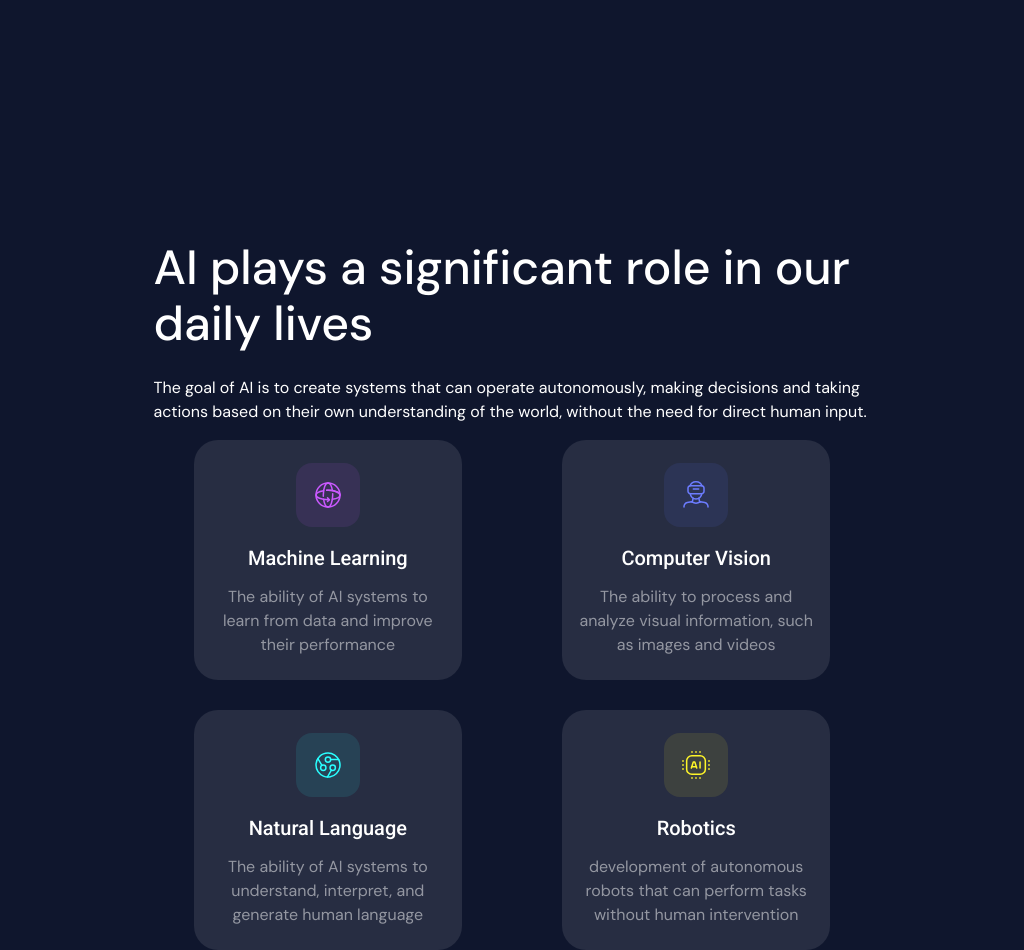
Repository: alphatra/INVO-Academy
Page: / (app in [lvl 1] Sekcja 4 obszarów AI/Starter-code/)
The author's editor kept a copy of each file at every save. The page is drawn from the files as they stood at one save, then again after the next save.
The browser window is 1024 px wide. The pictures show the whole page.
The project was rebuilt for these pictures with package versions that can differ from the ones it lists, and the page was loaded fresh each time.

Above is the page before, as saved 2023-02-24 12:54:16.
Console error: TypeError: Cannot read properties of null (reading 'addEventListener')

After the next save:
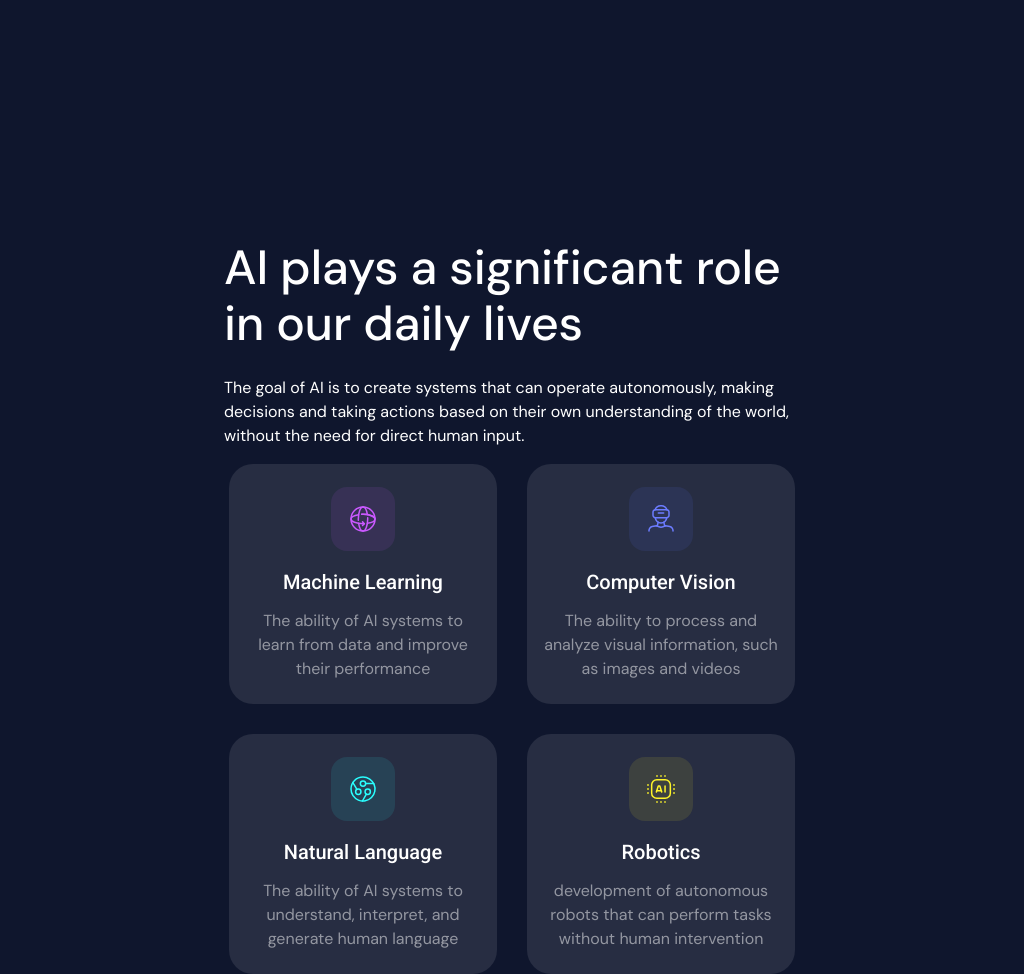
Saved 99 s later.
--- a/[lvl 1] Sekcja 4 obszarów AI/Starter-code/src/pages/home-page/styles/home-page.scss
+++ b/[lvl 1] Sekcja 4 obszarów AI/Starter-code/src/pages/home-page/styles/home-page.scss
@@ -89,12 +89,12 @@
         }
 
         .header {
-            margin-left: 15%;
-            margin-right: 15%;
+            margin-left: 14em;
+            margin-right: 14em;
         }
         .categories {
-            margin-left: 15%;
-            margin-right: 15%;
+            margin-left: 14em;
+        margin-right: 14em;
         grid-template-columns: repeat(2, 1fr);
         grid-template-rows: repeat(2, minmax(100px, auto));
         margin-top: 0;
